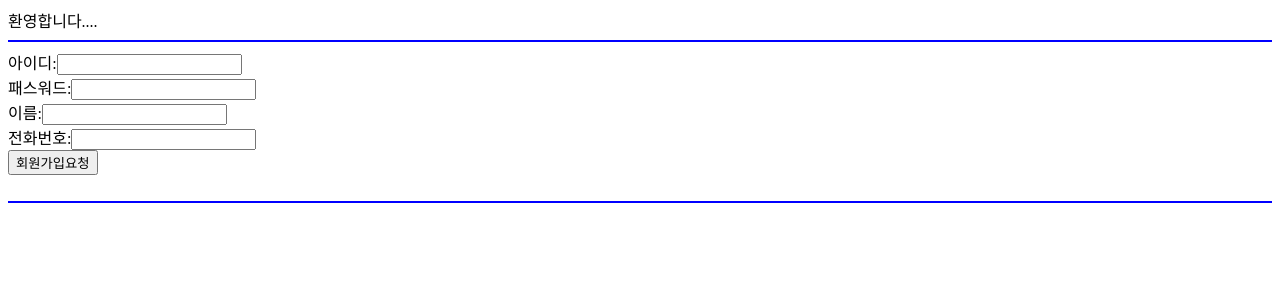
Repository: Yusubin/workEx
Page: spring00/src/main/webapp/index.html
These files come from the project's save history. The page is drawn as it stood at one moment and after the next save; the edit follows.
The browser window is 1280 px wide. The pictures show the whole page.

Above is the page before, as saved 2022-02-14 08:16:16.

### spring00/src/main/webapp/index.html
<!DOCTYPE html>
<html>
	<head>
	<meta charset="UTF-8">
	<title>Insert title here</title>
	</head>
	<body>
		환영합니다....<br>
	<hr color="blue">
	<form action="create.jsp">
	아이디:<input type="text" name="id"><br>
	패스워드:<input type="text" name="pw"><br>
	이름:<input type="text" name="name"><br>
	전화번호:<input type="text" name="tel"><br>
	<button>회원가입요청</button>

	</form>
	<br>
	<hr color="blue">
	</body>
</html>

After the next save:
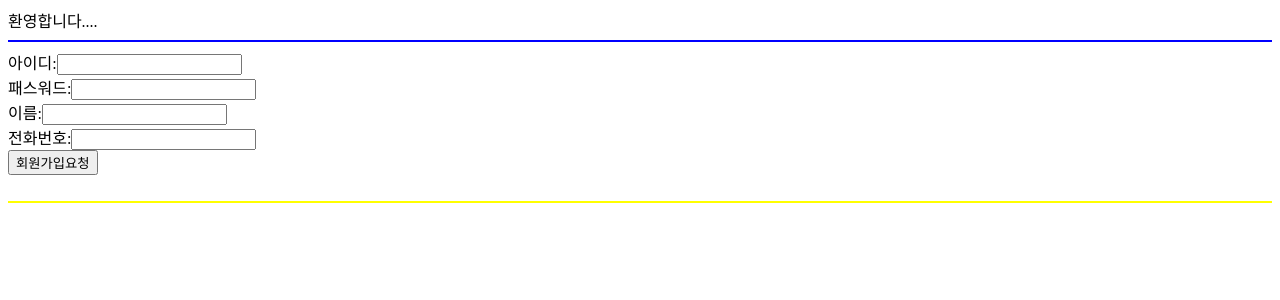
Saved 7 s later.
--- a/spring00/src/main/webapp/index.html
+++ b/spring00/src/main/webapp/index.html
@@ -16,6 +16,6 @@
 
 	</form>
 	<br>
-	<hr color="blue">
+	<hr color="yellow">
 	</body>
 </html>
